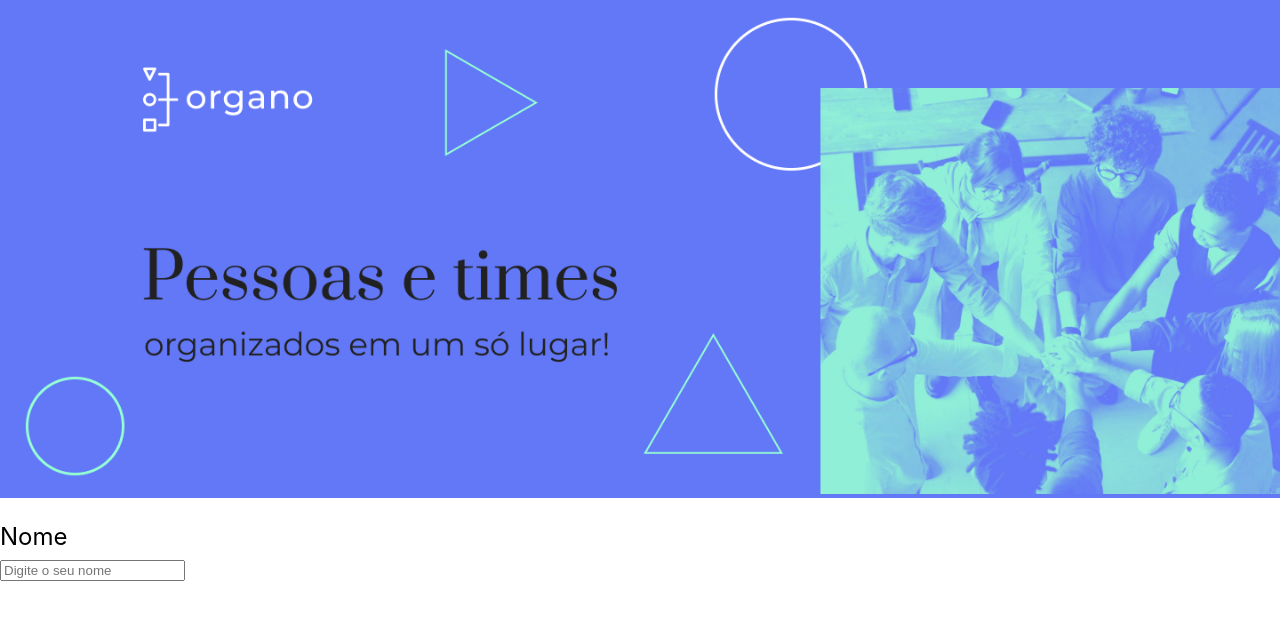
Repository: humbertobrasileiro/organo
Page: /
These files come from the project's save history. The page is drawn as it stood at one moment and after the next save; the edit follows.
The browser window is 1280 px wide. The page is 1280 px wide, then 1288 px, so the pictures cover 1288 px, including what lies to the right of the window. The pictures show the whole page.
The project was rebuilt for these pictures with package versions that can differ from the ones it lists, and the page was loaded fresh each time.

Above is the page before, as saved 2025-01-22 16:07:40.

After the next save:
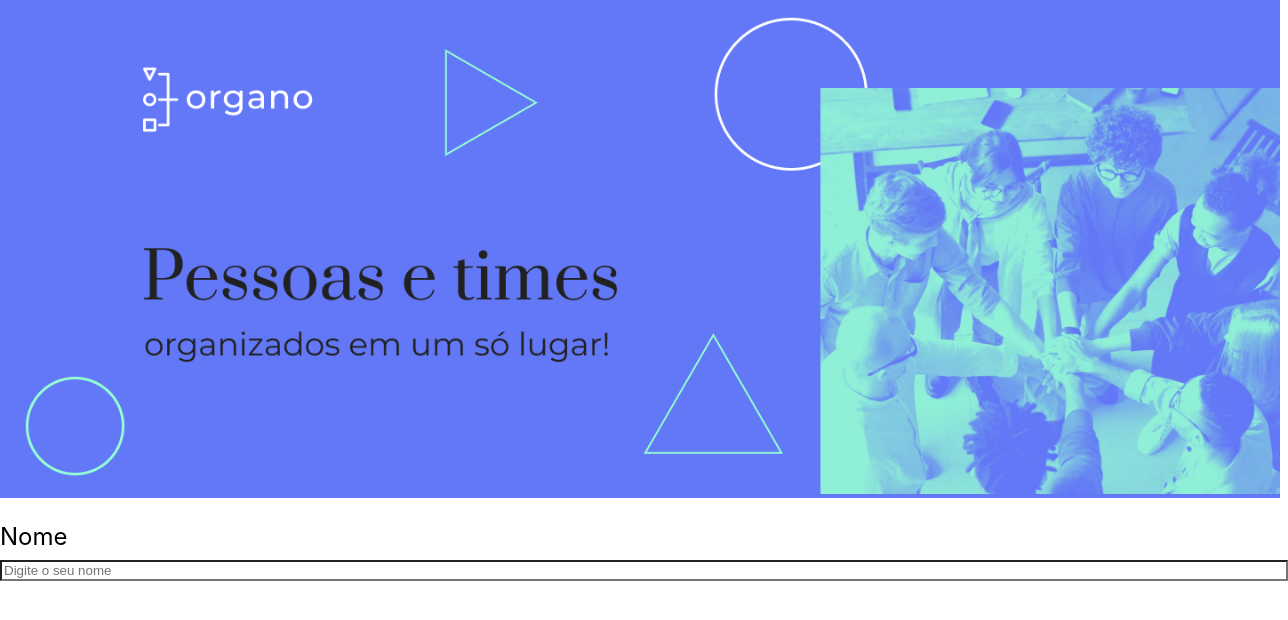
Saved 87 s later.
--- a/src/componentes/CampoTexto/CampoTexto.css
+++ b/src/componentes/CampoTexto/CampoTexto.css
@@ -7,3 +7,9 @@
   margin-bottom: 8px;
   font-size: 24px;
 }
+
+.campo-texto input {
+  background-color: #FFF;
+  box-shadow: 10px 10px 30px rgba(0, 0, 0, 0.0);
+  width: 100%;
+}
